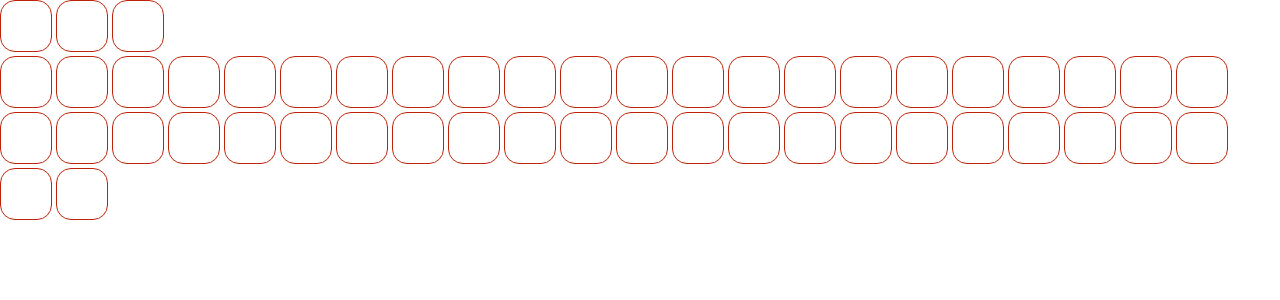
Repository: LechCieslak/anchor_and_anchois
Page: index.html
The author's editor kept a copy of each file at every save. The page is drawn from the files as they stood at one save, then again after the next save.
The browser window is 1280 px wide. The pictures show the whole page.

Above is the page before, as saved 2020-04-22 01:12:32.

### index.html
<!DOCTYPE html>
<html lang="pl">
<head>
    <meta charset="UTF-8">
    <meta name="viewport" content="width=device-width, initial-scale=1.0">
    <meta http-equiv="X-UA-Compatible" content="ie=edge">
    <link rel="stylesheet" href="style.css">
    <title>myPaint</title>
</head>
<body>

    <!-- <div class="row"> -->
        <div class="field" onclick="boberFunc()"></div>
        <div class="field" onclick="boberFunc2()"></div>
        <div class="field" onclick="boberFunc()"></div>
        <div  onclick="colChange()"></div>
        <div class="field"></div>
        <div class="field"></div>
        <div class="field"></div>
        <div class="field"></div>
        <div class="field"></div>
        <div class="field"></div>

        <div class="field"></div>
        <div class="field"></div>
        <div class="field"></div>
        <div class="field"></div>
        <div class="field"></div>
        <div class="field"></div>
        <div class="field"></div>
        <div class="field"></div>
        <div class="field"></div>
        <div class="field"></div>

        <div class="field"></div>
        <div class="field"></div>
        <div class="field"></div>
        <div class="field"></div>
        <div class="field"></div>
        <div class="field"></div>
        <div class="field"></div>
        <div class="field"></div>
        <div class="field"></div>
        <div class="field"></div>

        <div class="field"></div>
        <div class="field"></div>
        <div class="field"></div>
        <div class="field"></div>
        <div class="field"></div>
        <div class="field"></div>
        <div class="field"></div>
        <div class="field"></div>
        <div class="field"></div>
        <div class="field"></div>

        <div class="field"></div>
        <div class="field"></div>
        <div class="field"></div>
        <div class="field"></div>
        <div class="field"></div>
        <div class="field"></div>
        <div class="field"></div>
        <div class="field"></div>
        <div class="field"></div>
        <div class="field"></div>
    <!-- </div> -->

    <!-- <button onclick="boberFunc()">click me</button> -->



    <script src="app.js"></script>
</body>
</!--></htm>

### style.css
* {
    padding: 0;
    margin: 0;
}

.row {
    display: inline-block;
    width: 560px;
    margin: 10px;
 }

.field {
    display: inline-block;
    border: 1px solid #be2409;
    border-radius: 15px;
    width: 50px;
    height: 50px;
}

.field:hover {
    background-color: #be2409;
    /* background-image: url(images/face.png); */
}

.field:active {
    background-image: url(images/face.png);
    background-color: #09be21;
}

### app.js
let ter = new Date;

boberFunc = () => {
    console.log("1. div");
}

boberFunc2 = () => {
    console.log(ter.getHours()+":"+ter.getMinutes()+":"+ter.getSeconds());
console.log(ter.getTime())
}

colChange = () => {
    var elem = document.querySelector(".field2");
    console.log("uuuutttt")

    elem.style.backgroundColor = "red";
    console.log("koniec");
}

After the next save:
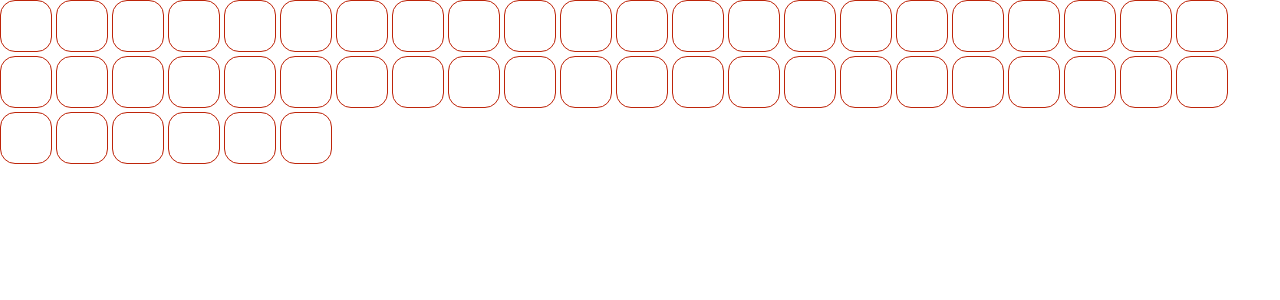
Saved 16 s later.
--- a/index.html
+++ b/index.html
@@ -13,7 +13,7 @@
         <div class="field" onclick="boberFunc()"></div>
         <div class="field" onclick="boberFunc2()"></div>
         <div class="field" onclick="boberFunc()"></div>
-        <div  onclick="colChange()"></div>
+        <div class="field" onclick="colChange()"></div>
         <div class="field"></div>
         <div class="field"></div>
         <div class="field"></div>
